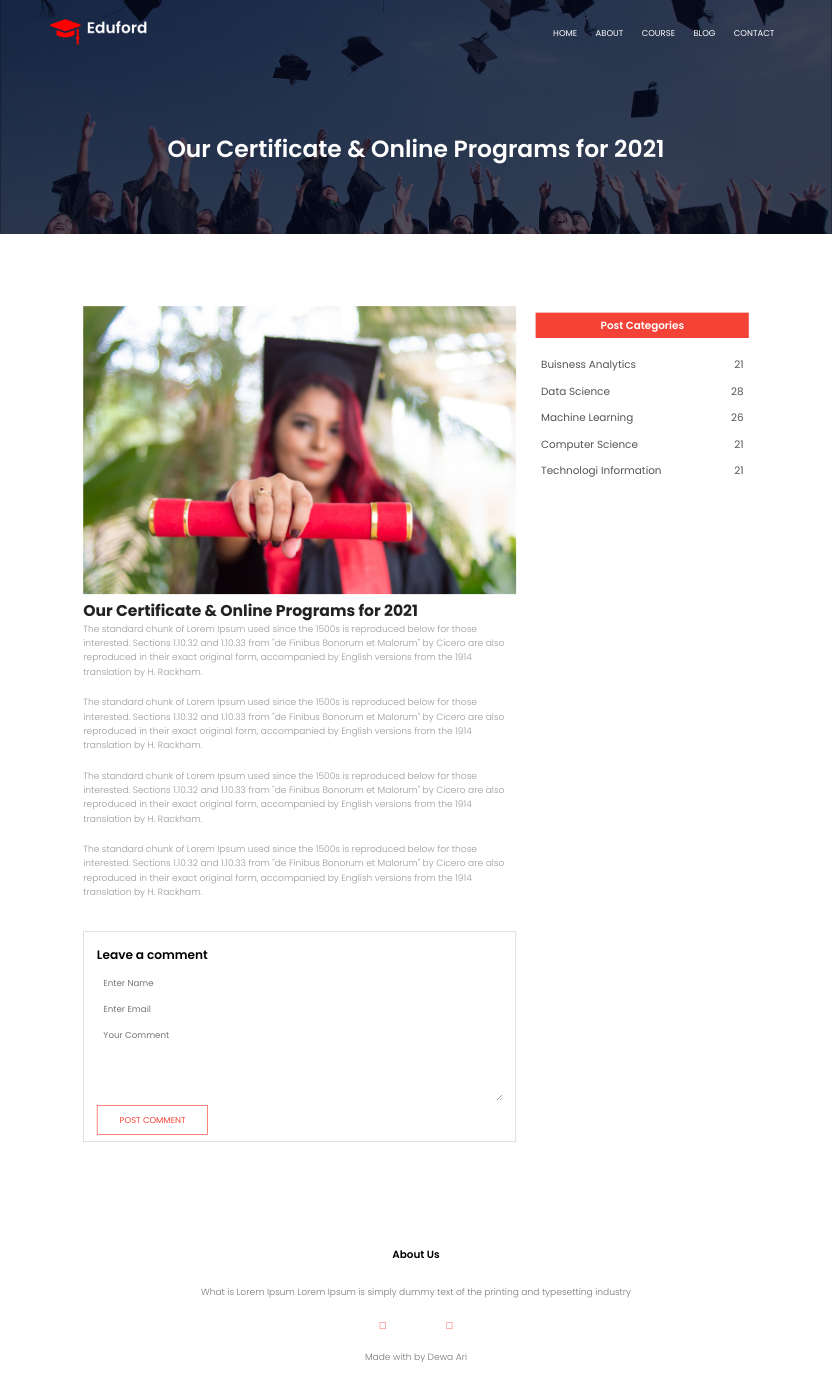
Repository: dewaary/company-profile
Page: blog.html
These files come from the project's save history. The page is drawn as it stood at one moment and after the next save; the edit follows.
The browser window is 1280 px wide. The pictures show the whole page, at 65% of full size.

Above is the page before, as saved 2021-05-08 00:10:27.

After the next save:
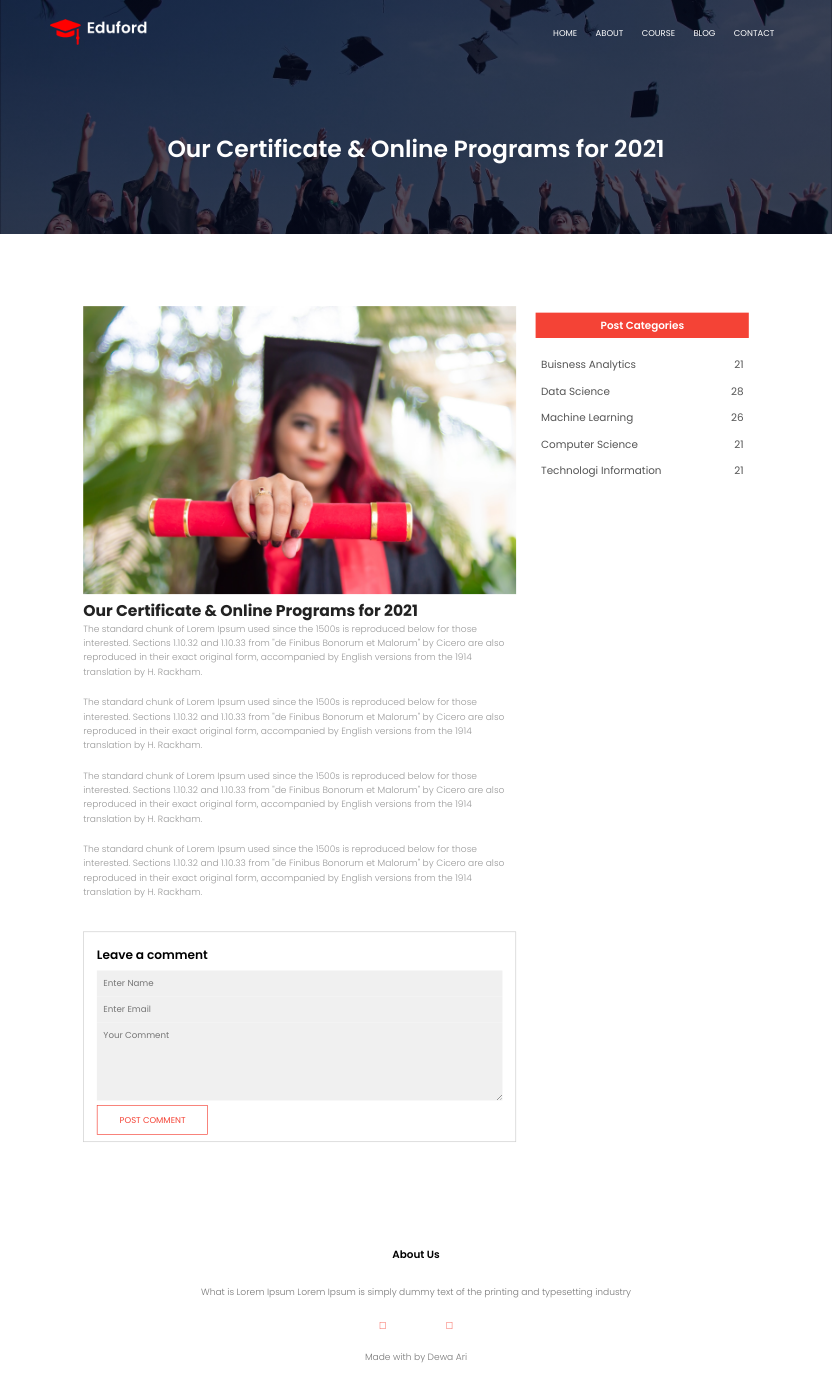
Saved 16 s later.
--- a/style.css
+++ b/style.css
@@ -470,4 +470,5 @@ h3 {
   box-sizing: border-box;
   border: none;
   outline: none;
-}
+  background: #f0f0f0;
+}
